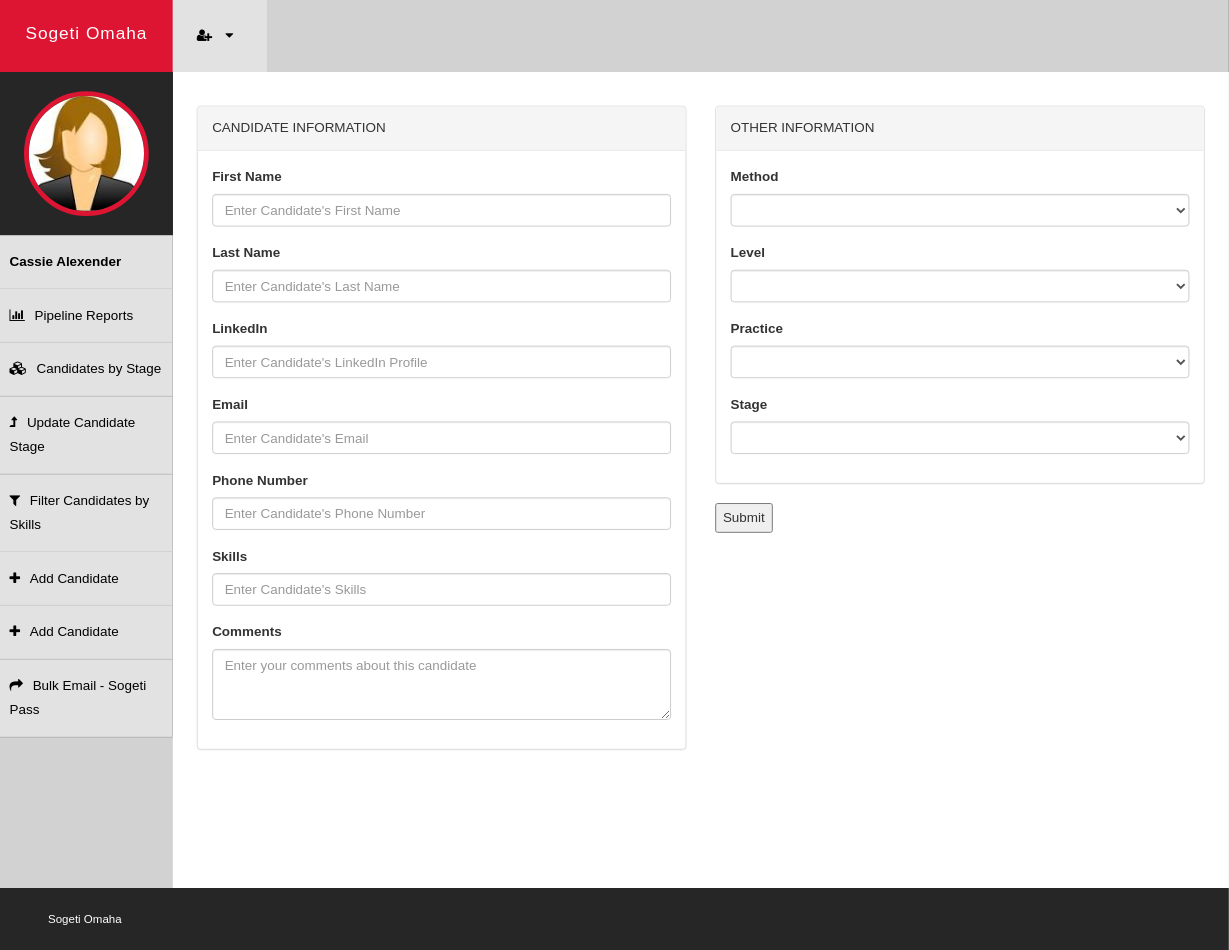
Repository: prasanana/Omaha-Sogeti-Recruiting
Page: http://localhost/Omaha_Sogeti_Recruitment/AddCandidate.jsp
The author's editor kept a copy of each file at every save. The page is drawn from the files as they stood at one save, then again after the next save.
The browser window is 1280 px wide. The pictures show the whole page, at 96% of full size.
Some web fonts or font styles are not loaded; a fallback is used. The page is served by Tomcat 9. The template is opened directly, without the code that normally fills it, so the values that code supplies are empty.

Above is the page before, as saved 2015-03-27 00:57:27.

After the next save:
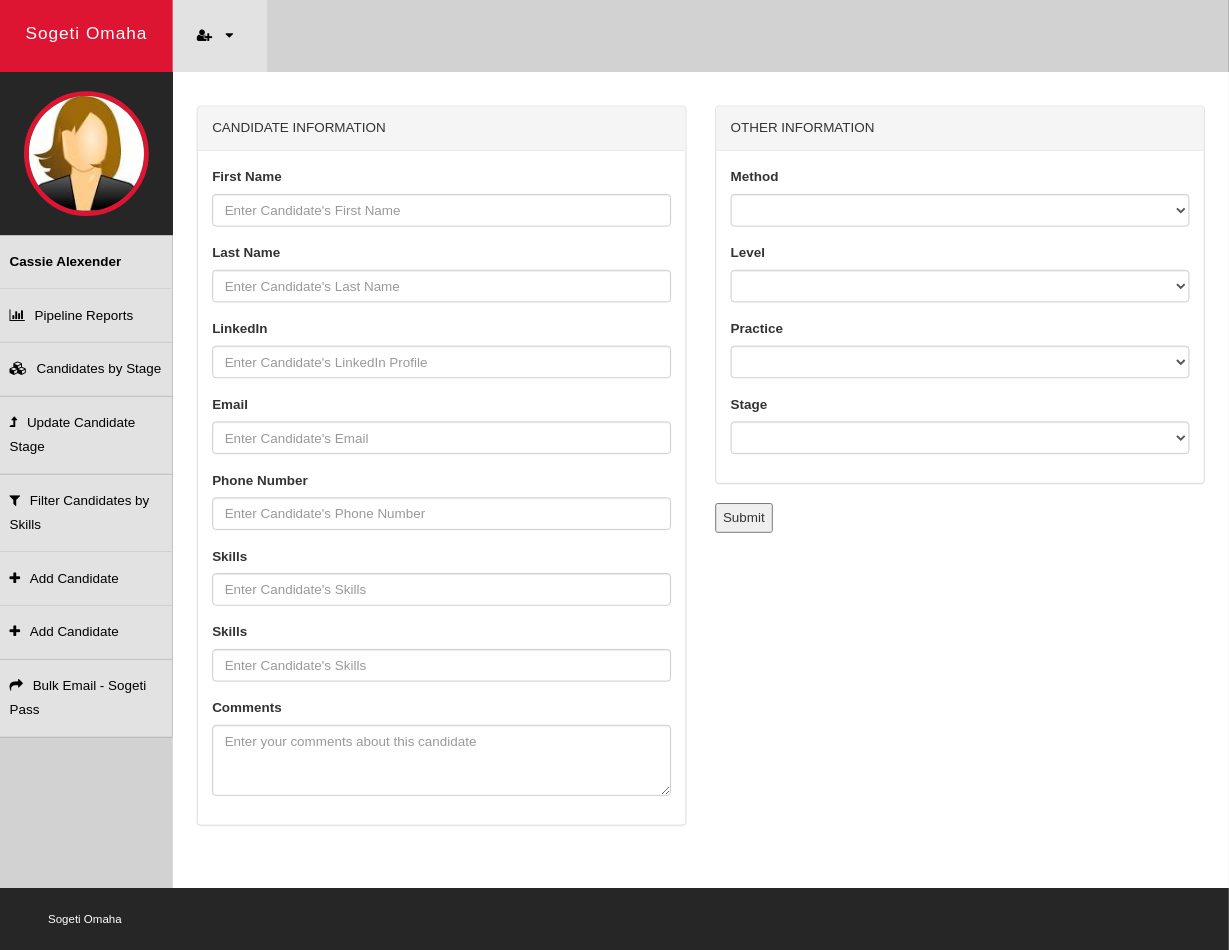
Saved 88 s later.
--- a/OmahaSogetiRecruitingWS/Omaha_Sogeti_Recruitment/WebContent/AddCandidate.jsp
+++ b/OmahaSogetiRecruitingWS/Omaha_Sogeti_Recruitment/WebContent/AddCandidate.jsp
@@ -125,6 +125,10 @@
     <input type="text" class="form-control" id="AddCandidateSKill" name = "AddCandidateSKill" placeholder="Enter Candidate's Skills"/>
   </div>
   <div class="form-group">
+    <label for="AddCandidateSalary">Skills</label>
+    <input type="text" class="form-control" id="AddCandidateSKill" name = "AddCandidateSKill" placeholder="Enter Candidate's Skills"/>
+  </div>
+  <div class="form-group">
     <label for="AddCandidateComments">Comments</label>
   <textarea class="form-control" rows="3" placeholder="Enter your comments about this candidate" id = "AddCandidateComments" name = "AddCandidateComments"></textarea>
   </div>
